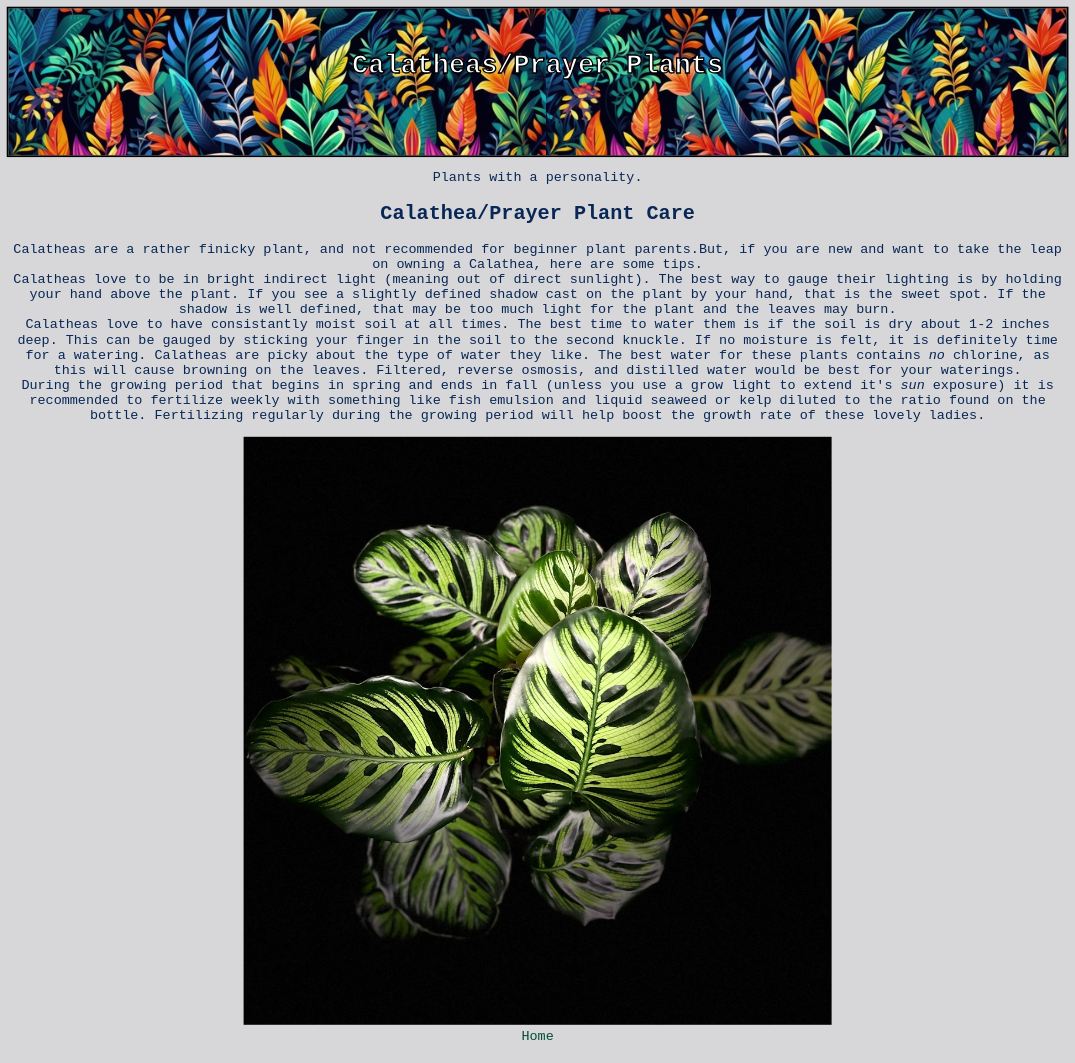
Repository: swillis91/odin-recipies
Page: Planty Page/calatheas.html
These files come from the project's save history. The page is drawn as it stood at one moment and after the next save; the edit follows.
The browser window is 1280 px wide. The pictures show the whole page, at 84% of full size.

Above is the page before, as saved 2023-08-14 23:20:22.

After the next save:
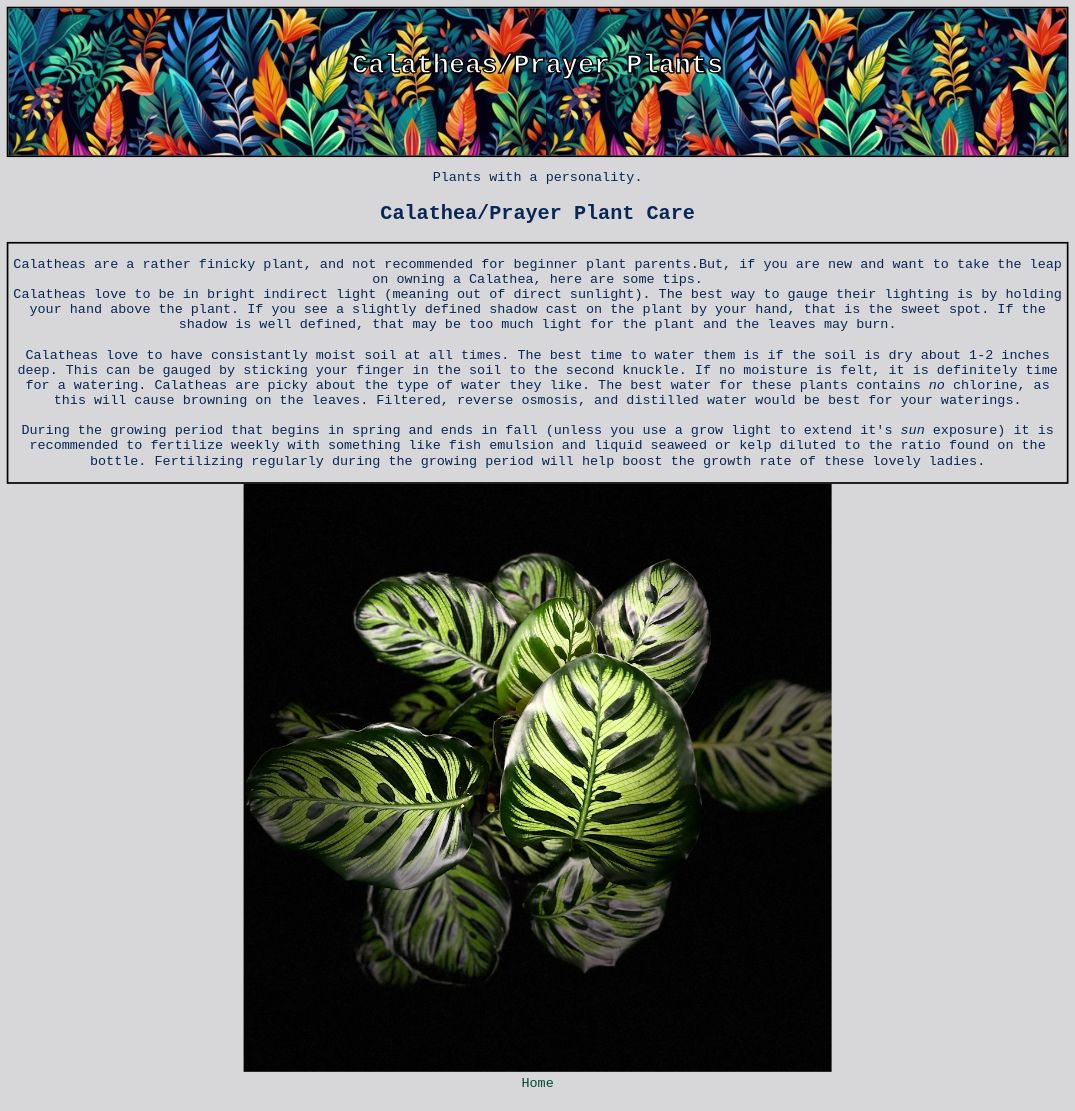
Saved 68 s later.
--- a/Planty Page/calatheas.html
+++ b/Planty Page/calatheas.html
@@ -8,13 +8,15 @@
             <h1 class="heading"><b>Calatheas/Prayer Plants</b></h1>
               <p>Plants with a personality.</p>
             <h2 class="species">Calathea/Prayer Plant Care</h2>
+            <div class="box">
               <p class="care">Calatheas are a rather finicky plant, and not recommended for beginner plant parents.But, if you are new and want to take the leap on owning a Calathea, here are some tips.
                 <br>
                 Calatheas love to be in bright indirect light (meaning out of direct sunlight). The best way to gauge their lighting is by holding your hand above the plant. If you see a slightly defined shadow cast on the plant by your hand, that is the sweet spot. If the shadow is well defined, that may be too much light for the plant and the leaves may burn.
-                <br>
+                <br><br>
                 Calatheas love to have consistantly moist soil at all times. The best time to water them is if the soil is dry about 1-2 inches deep. This can be gauged by sticking your finger in the soil to the second knuckle. If no moisture is felt, it is definitely time for a watering. Calatheas are picky about the type of water they like. The best water for these plants contains <em>no</em> chlorine, as this will cause browning on the leaves. Filtered, reverse osmosis, and distilled water would be best for your waterings.
-                <br>
+                <br><br>
                 During the growing period that begins in spring and ends in fall (unless you use a grow light to extend it's <i>sun</i> exposure) it is recommended to fertilize weekly with something like fish emulsion and liquid seaweed or kelp diluted to the ratio found on the bottle. Fertilizing regularly during the growing period will help boost the growth rate of these lovely ladies.</p>
+            </div>
                 <img src="./Images/makoyana.webp" id="calathea makoyana" width="700px">
             <footer>
                 <nav>
